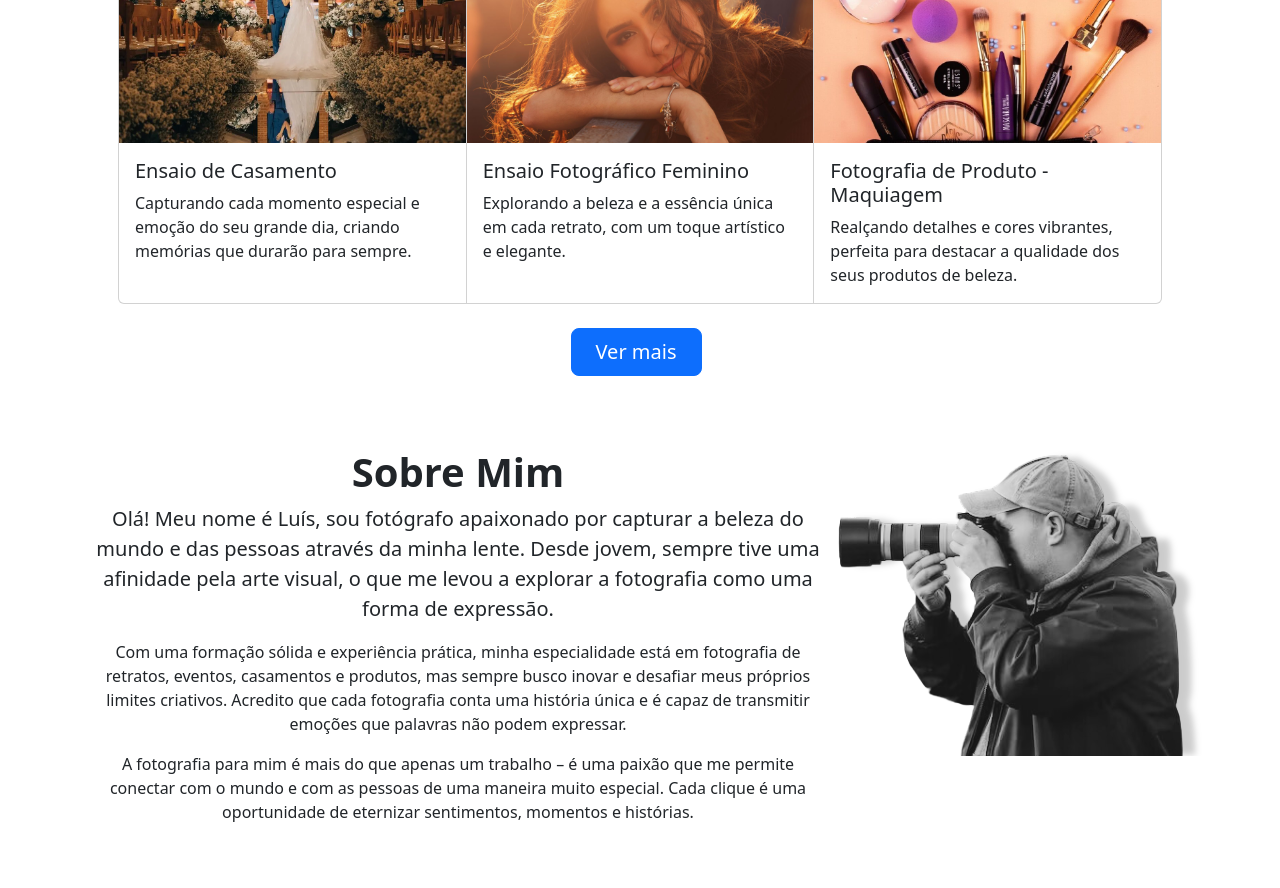
Repository: Marinalr-25/portifolio-fotografia
Page: index.html
An editor plug-in stored every save of this project. The page is shown before and after the next save, followed by the edit.
The browser window is 1280 px wide. The pictures show the part of the page from y = 751 to 1703 px (the page is 1639 px tall before and 1703 px after).
A picture or video elsewhere on the page could not be fetched, so the positions and the page height are approximate.

Above is the page before, as saved 2025-01-19 17:57:59.

### index.html
<!DOCTYPE html>
<html lang="pt-BR" data-bs-theme="dark">
  <head>
    <meta charset="utf-8" />
    <meta name="viewport" content="width=device-width, initial-scale=1" />
    <title>Portifolio Fotográfia</title>
    <link
      href="https://cdn.jsdelivr.net/npm/bootstrap@5.3.3/dist/css/bootstrap.min.css"
      rel="stylesheet"
      integrity="sha384-QWTKZyjpPEjISv5WaRU9OFeRpok6YctnYmDr5pNlyT2bRjXh0JMhjY6hW+ALEwIH"
      crossorigin="anonymous"
    />
    <!-- Bootstrap Icons -->
    <link
      href="https://cdn.jsdelivr.net/npm/bootstrap-icons/font/bootstrap-icons.css"
      rel="stylesheet"
    />
    <link rel="stylesheet" href="css/style.css" />
  </head>
  <body>
    <!-- Header -->
    <div class="container">
      <header
        class="d-flex flex-wrap justify-content-center py-3 mb-4 border-bottom fixed-top header header-light"
      >
        <a
          href="/"
          class="d-flex align-items-center mb-3 mb-md-0 me-md-auto link-body-emphasis text-decoration-none"
        >
          <svg class="bi me-2" width="40" height="32">
            <use xlink:href="#bootstrap" />
          </svg>
          <span class="fs-4">Fotográfo Bootstrap</span>
        </a>

        <ul class="nav nav-pills">
          <li class="nav-item">
            <a href="#home" class="nav-link active" aria-current="page">Home</a>
          </li>
          <li class="nav-item">
            <a href="#galeria" class="nav-link">Galeria</a>
          </li>
          <li class="nav-item">
            <a href="#sobre" class="nav-link">Sobre mim</a>
          </li>
          <li class="nav-item">
            <a href="#servicos" class="nav-link">Serviços</a>
          </li>
          <li class="nav-item">
            <a href="#contato" class="nav-link">Contato</a>
          </li>
          <button id="toggleThemeBtn" class="btn btn-light">
            <i id="themeIcon" class="bi bi-brightness-high"></i>
          </button>
        </ul>
      </header>
    </div>

    <!-- Hero -->
    <div id="home" class="container col-xxl-8 px-4 py-5">
      <div class="row flex-lg-row-reverse align-items-center g-5 py-5">
        <div class="col-10 col-sm-8 col-lg-6">
          <img
            src="src/fotografiaHero.jpg"
            class="d-block mx-lg-auto img-fluid img-hero"
            alt="Bootstrap Themes"
            width="700"
            height="500"
            loading="lazy"
          />
        </div>
        <div class="col-lg-6">
          <h1 class="fw-bold text-body-emphasis lh-1 mb-3">
            Capturando Momentos, Criando Memórias
          </h1>
          <p class="lead">
            Com uma abordagem única e criativa, busco capturar a essência de
            cada cena e emoção. Meu trabalho é uma mistura de técnica, paixão e
            sensibilidade. Através da minha lente, tento criar imagens que falam
            por si mesmas.
          </p>
          <div class="d-grid gap-2 d-md-flex justify-content-md-start">
            <button type="button" class="btn btn-primary btn-lg px-4 me-md-2">
              Veja meu trabalho
            </button>
            <button type="button" class="btn btn-outline-secondary btn-lg px-4">
              Entre em Contato
            </button>
          </div>
        </div>
      </div>
    </div>

    <!-- Galeria -->
    <div
      id="galeria"
      class="container card-group p-4 d-flex justify-content-center"
    >
      <h1 class="fw-bold">Galeria</h1>
      <div class="card-group p-4">
        <div class="card">
          <img
            src="src/casamento.webp"
            class="card-img-top"
            alt="ensaio fotografico de casamento"
          />
          <div class="card-body">
            <h5 class="card-title">Ensaio de Casamento</h5>
            <p class="card-text">
              Capturando cada momento especial e emoção do seu grande dia,
              criando memórias que durarão para sempre.
            </p>
          </div>
        </div>
        <div class="card">
          <img
            src="src/ensaiofotografico.jpeg"
            class="card-img-top"
            alt="ensaio fotografico de uma mulher"
          />
          <div class="card-body">
            <h5 class="card-title">Ensaio Fotográfico Feminino</h5>
            <p class="card-text">
              Explorando a beleza e a essência única em cada retrato, com um
              toque artístico e elegante.
            </p>
          </div>
        </div>
        <div class="card">
          <img
            src="src/maquiagem.jpg"
            class="card-img-top"
            alt="ensaio fotografico de produto (maquiagem)"
          />
          <div class="card-body">
            <h5 class="card-title">Fotografia de Produto - Maquiagem</h5>
            <p class="card-text">
              Realçando detalhes e cores vibrantes, perfeita para destacar a
              qualidade dos seus produtos de beleza.
            </p>
          </div>
        </div>
      </div>
      <button type="button" class="btn btn-primary btn-lg px-4 me-md-2">
        Ver mais
      </button>
    </div>

    <!-- Sobre mim -->
    <div id="sobre" class="container py-5">
      <div class="row justify-content-center">
        <div class="col-lg-8 text-center">
          <h1 class="fw-bold">Sobre Mim</h1>
          <p class="lead">
            Olá! Meu nome é Luís, sou fotógrafo apaixonado por capturar a beleza
            do mundo e das pessoas através da minha lente. Desde jovem, sempre
            tive uma afinidade pela arte visual, o que me levou a explorar a
            fotografia como uma forma de expressão.
          </p>
          <p>
            Com uma formação sólida e experiência prática, minha especialidade
            está em fotografia de retratos, eventos, casamentos e produtos, mas
            sempre busco inovar e desafiar meus próprios limites criativos.
            Acredito que cada fotografia conta uma história única e é capaz de
            transmitir emoções que palavras não podem expressar.
          </p>
          <p>
            A fotografia para mim é mais do que apenas um trabalho – é uma
            paixão que me permite conectar com o mundo e com as pessoas de uma
            maneira muito especial. Cada clique é uma oportunidade de eternizar
            sentimentos, momentos e histórias.
          </p>
        </div>
        <div class="fotografo"></div>
      </div>
    </div>

    <script
      src="https://cdn.jsdelivr.net/npm/@popperjs/core@2.11.8/dist/umd/popper.min.js"
      integrity="sha384-I7E8VVD/ismYTF4hNIPjVp/Zjvgyol6VFvRkX/vR+Vc4jQkC+hVqc2pM8ODewa9r"
      crossorigin="anonymous"
    ></script>
    <script
      src="https://cdn.jsdelivr.net/npm/bootstrap@5.3.3/dist/js/bootstrap.min.js"
      integrity="sha384-0pUGZvbkm6XF6gxjEnlmuGrJXVbNuzT9qBBavbLwCsOGabYfZo0T0to5eqruptLy"
      crossorigin="anonymous"
    ></script>
    <script src="js/script.js"></script>
  </body>
</html>

### css/style.css
/* Style Bootstrap */

.bd-placeholder-img {
  font-size: 1.125rem;
  text-anchor: middle;
  -webkit-user-select: none;
  -moz-user-select: none;
  user-select: none;
}

@media (min-width: 768px) {
  .bd-placeholder-img-lg {
    font-size: 3.5rem;
  }
}

.b-example-divider {
  width: 100%;
  height: 3rem;
  background-color: rgba(0, 0, 0, 0.1);
  border: solid rgba(0, 0, 0, 0.15);
  border-width: 1px 0;
  box-shadow: inset 0 0.5em 1.5em rgba(0, 0, 0, 0.1),
    inset 0 0.125em 0.5em rgba(0, 0, 0, 0.15);
}

.b-example-vr {
  flex-shrink: 0;
  width: 1.5rem;
  height: 100vh;
}

.bi {
  vertical-align: -0.125em;
  fill: currentColor;
}

.nav-scroller {
  position: relative;
  z-index: 2;
  height: 2.75rem;
  overflow-y: hidden;
}

.nav-scroller .nav {
  display: flex;
  flex-wrap: nowrap;
  padding-bottom: 1rem;
  margin-top: -1px;
  overflow-x: auto;
  text-align: center;
  white-space: nowrap;
  -webkit-overflow-scrolling: touch;
}

.btn-bd-primary {
  --bd-violet-bg: #712cf9;
  --bd-violet-rgb: 112.520718, 44.062154, 249.437846;

  --bs-btn-font-weight: 600;
  --bs-btn-color: var(--bs-white);
  --bs-btn-bg: var(--bd-violet-bg);
  --bs-btn-border-color: var(--bd-violet-bg);
  --bs-btn-hover-color: var(--bs-white);
  --bs-btn-hover-bg: #6528e0;
  --bs-btn-hover-border-color: #6528e0;
  --bs-btn-focus-shadow-rgb: var(--bd-violet-rgb);
  --bs-btn-active-color: var(--bs-btn-hover-color);
  --bs-btn-active-bg: #5a23c8;
  --bs-btn-active-border-color: #5a23c8;
}

.bd-mode-toggle {
  z-index: 1500;
}

.bd-mode-toggle .dropdown-menu .active .bi {
  display: block !important;
}

/* CSS próprio */

/* Header */
.header-light {
  background-color: #fff;
  color: #000;
}

.header-dark {
  background-color: #212529;
  color: #fff;
}

/* Hero */
.img-hero {
  width: 1000px;
}

/* Galeria */
.card-img-top {
  width: 100%;
  height: 205px;
  object-fit: cover;
}

/* sobre mim */
.fotografo {
  background-image: url(/src/fotografosombracortada.png);
  background-position: right;
  background-repeat: no-repeat;
  background-size: contain;
  width: 364px;
  height: 308px;
}

### js/script.js
const toggleThemeBtn = document.getElementById('toggleThemeBtn');
const themeIcon = document.getElementById('themeIcon');
const header = document.querySelector('.header');
const body = document.body;

// Função para definir o ícone, tema e a classe do botão ao carregar a página
function setInitialTheme() {
  if (body.getAttribute('data-bs-theme') === 'dark') {
    themeIcon.classList.remove('bi-brightness-high');
    themeIcon.classList.add('bi-moon-stars-fill');
    toggleThemeBtn.classList.remove('btn-light');
    toggleThemeBtn.classList.add('btn-dark');
  } else {
    body.setAttribute('data-bs-theme', 'light');
    themeIcon.classList.remove('bi-moon-stars-fill');
    themeIcon.classList.add('bi-brightness-high');
    toggleThemeBtn.classList.remove('btn-dark');
    toggleThemeBtn.classList.add('btn-light');
  }
}

// Definir o tema inicial ao carregar
setInitialTheme();

toggleThemeBtn.addEventListener('click', () => {
  if (body.getAttribute('data-bs-theme') === 'dark') {
    body.setAttribute('data-bs-theme', 'light');
    themeIcon.classList.remove('bi-moon-stars-fill');
    themeIcon.classList.add('bi-brightness-high');
    header.classList.remove('header-dark');
    header.classList.add('header-light');
    toggleThemeBtn.classList.remove('btn-dark');
    toggleThemeBtn.classList.add('btn-light');
  } else {
    body.setAttribute('data-bs-theme', 'dark');
    themeIcon.classList.remove('bi-brightness-high');
    themeIcon.classList.add('bi-moon-stars-fill');
    header.classList.remove('header-light');
    header.classList.add('header-dark');
    toggleThemeBtn.classList.remove('btn-light');
    toggleThemeBtn.classList.add('btn-dark');
  }
});

After the next save:
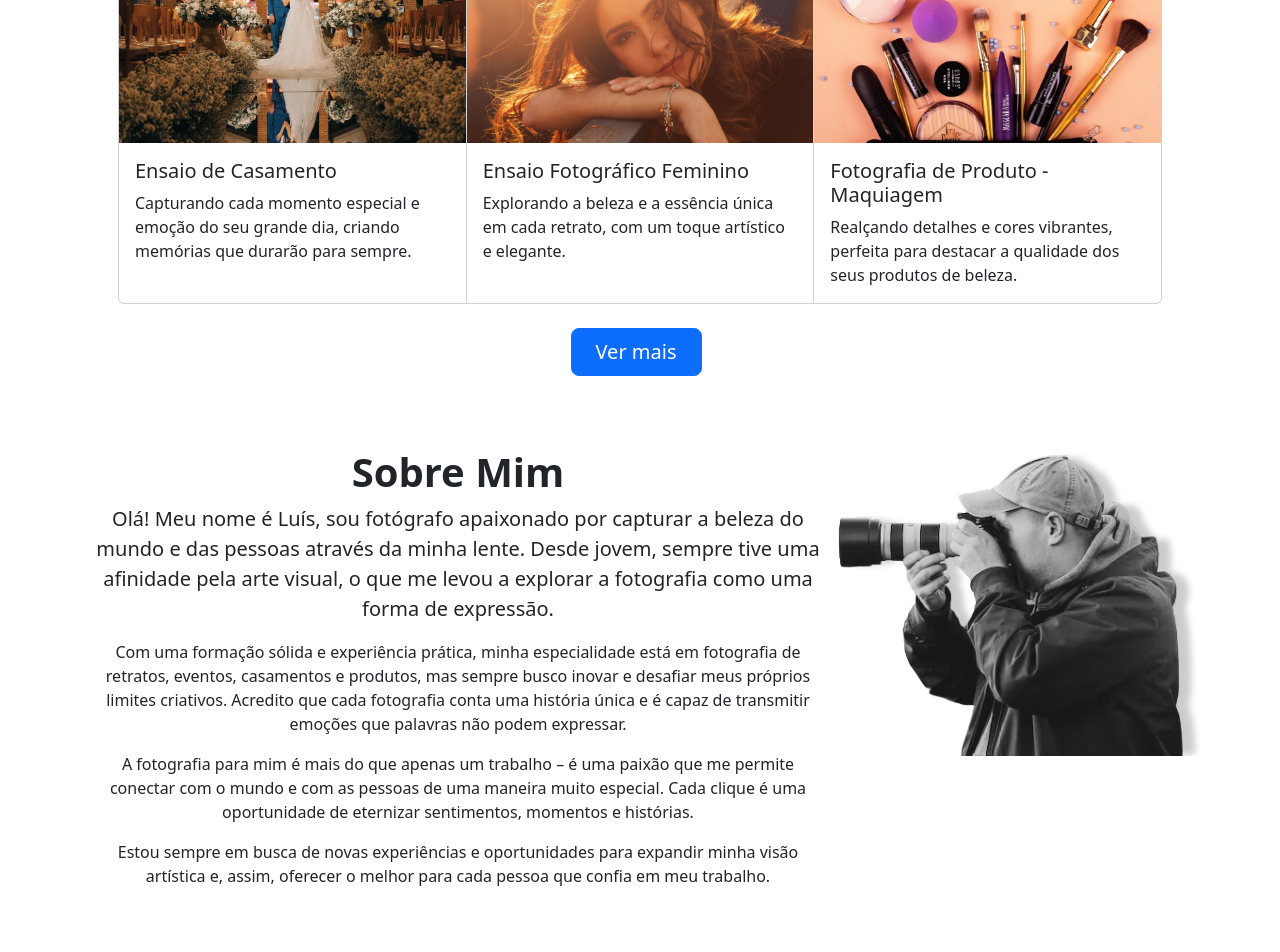
Saved 6 s later.
--- a/index.html
+++ b/index.html
@@ -170,6 +170,11 @@
             maneira muito especial. Cada clique é uma oportunidade de eternizar
             sentimentos, momentos e histórias.
           </p>
+          <p>
+            Estou sempre em busca de novas experiências e oportunidades para
+            expandir minha visão artística e, assim, oferecer o melhor para cada
+            pessoa que confia em meu trabalho.
+          </p>
         </div>
         <div class="fotografo"></div>
       </div>
